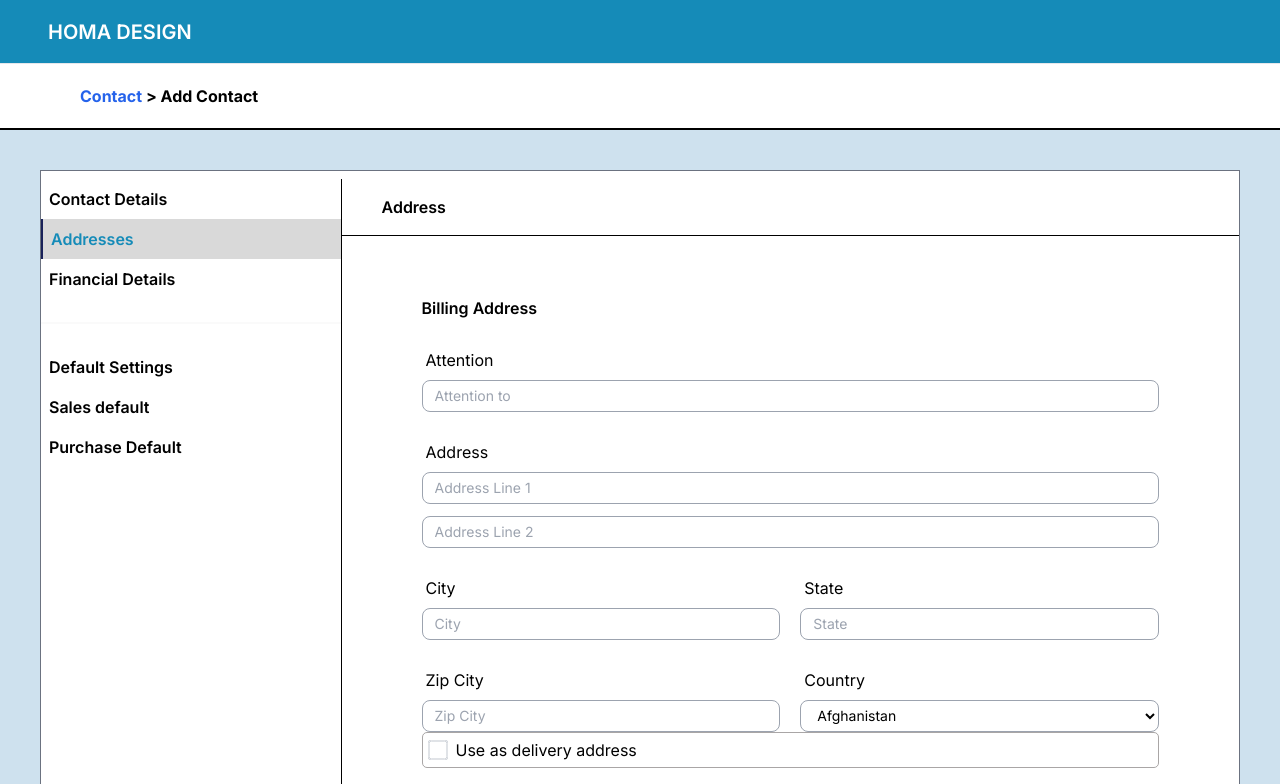
Repository: khairul35/homa-FE
Page: /contact
An editor plug-in stored every save of this project. The page is shown before and after the next save, followed by the edit.
The browser window is 1280 px wide. The pictures show the whole page.
An inner scrolling area shows only its first screen. The project was rebuilt for these pictures with package versions that can differ from the ones it lists, and the page was loaded fresh each time. The framework's server and built-in components were replaced by stand-ins that run in the browser. Also part of the build but not shown: next.config.js, app/components/layout/header/BusinessMenu.tsx, app/components/layout/header/CompanyMenu.tsx, app/contact/index.component.tsx, app/contact/form/contact-details/index.module.css, app/contact/form/contact-details/index.component.tsx, app/contact/form/contact-details/index.tsx.

Above is the page before, as saved 2024-01-07 21:31:11.

After the next save:
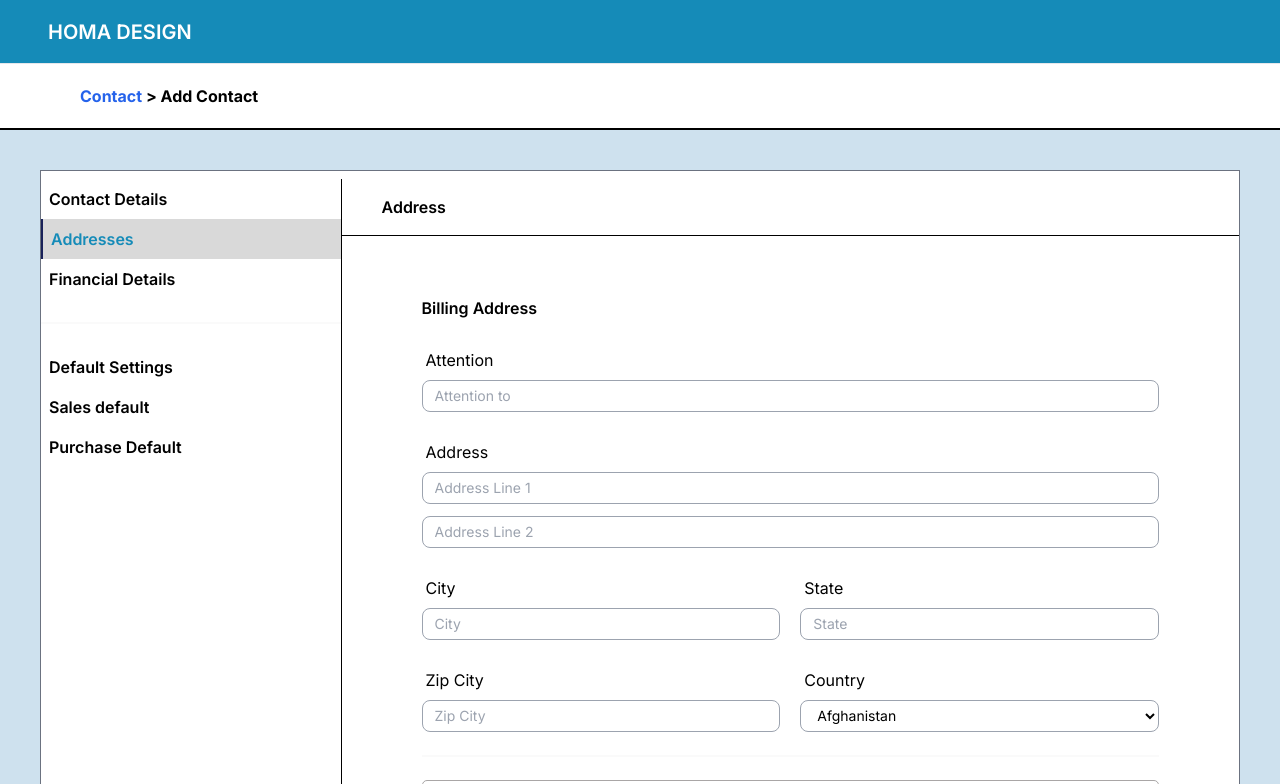
Saved 18 s later.
--- a/app/contact/form/address/index.component.tsx
+++ b/app/contact/form/address/index.component.tsx
@@ -90,12 +90,14 @@ const Component = (props: ComponentProps) => {
                                 </select>
                         </div>
                     </div>
+                    <div className="divider"></div>
                     <div className={styles.billingIsDeliveryCheckBox}>
                         <label className="flex items-center cursor-pointer">
                             <FakeCheckBox />
                             <span className="ml-2">Use as delivery address</span>
                         </label>
                     </div>
+                    <div className="divider"></div>
                     <h2 className="pt-10 font-semibold">Delivery Address</h2>
                 </form>
             </div>
